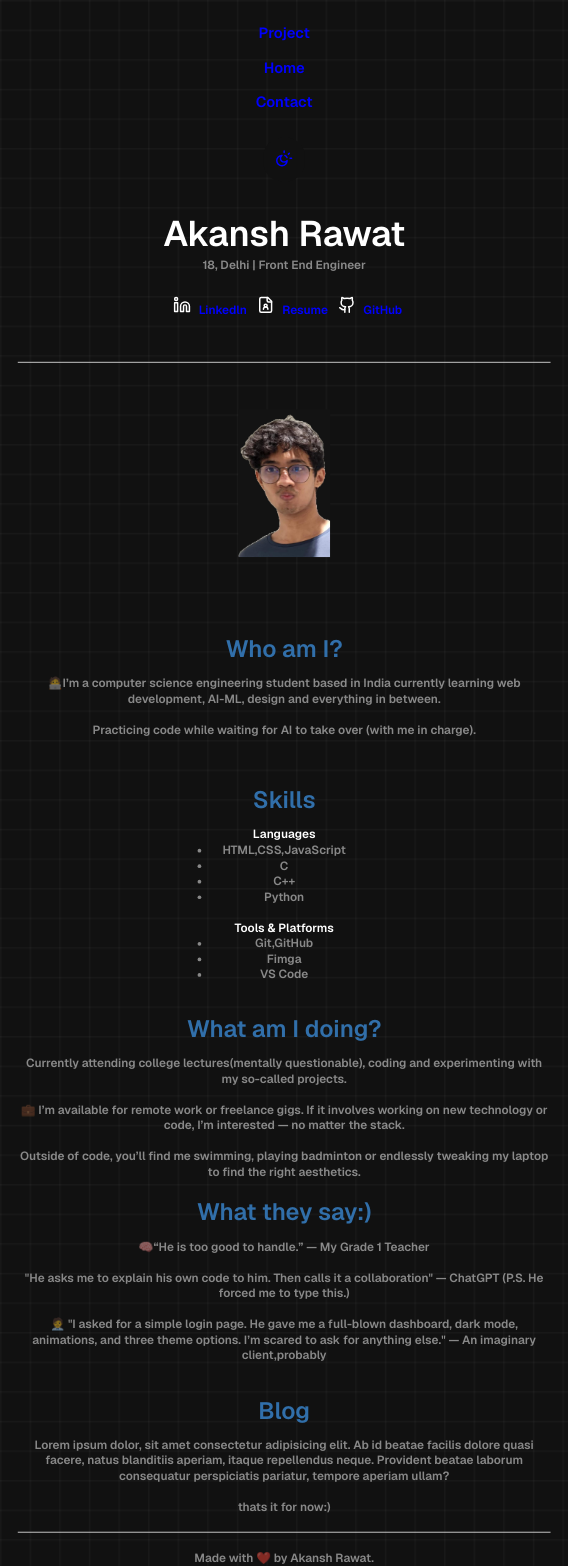
Repository: wakkawakka3/akansh-portfolio
Page: index.html
These files come from the project's save history. The page is drawn as it stood at one moment and after the next save; the edit follows.
The browser window is 768 px wide. The pictures show the whole page, at 74% of full size.

Above is the page before, as saved 2025-07-14 18:44:21.

After the next save:
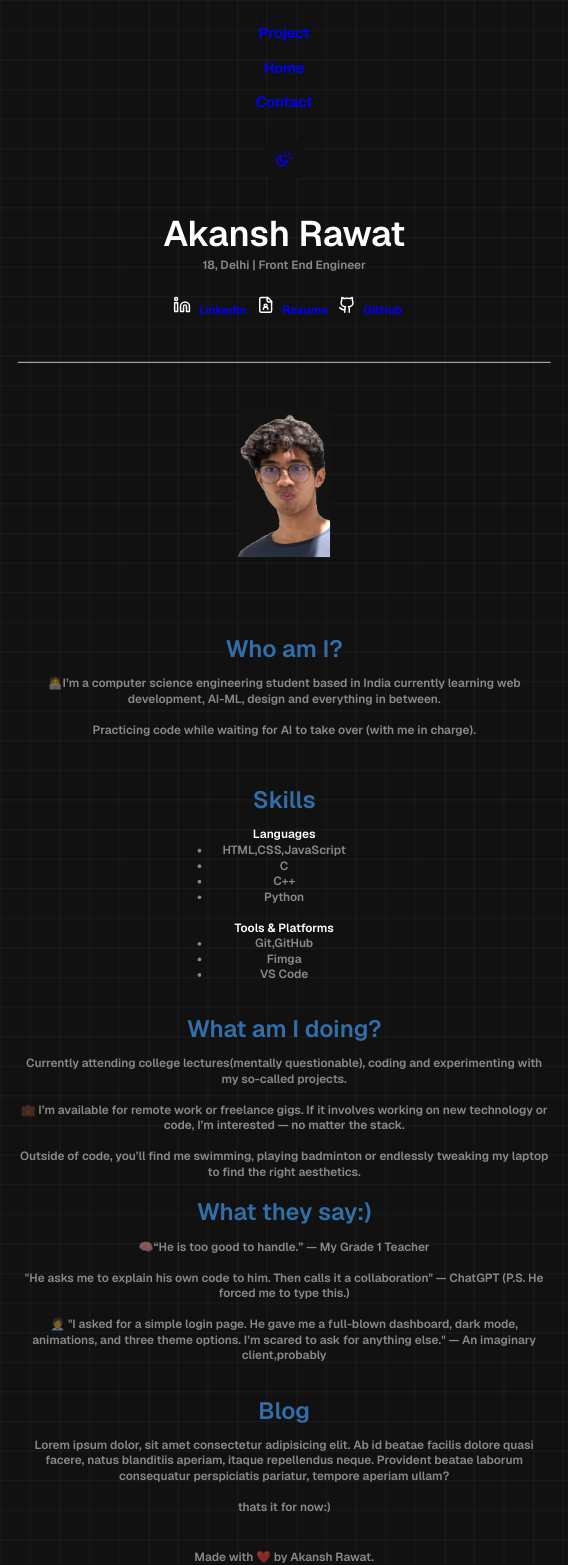
Saved 7 s later.
--- a/style.css
+++ b/style.css
@@ -187,7 +187,6 @@ button {
     grid-template-columns: 1fr;
     place-items: center;
     gap: 16px;
-    border-bottom: white solid 1px;
     border-top: 1px solid #fff;
   }
 
